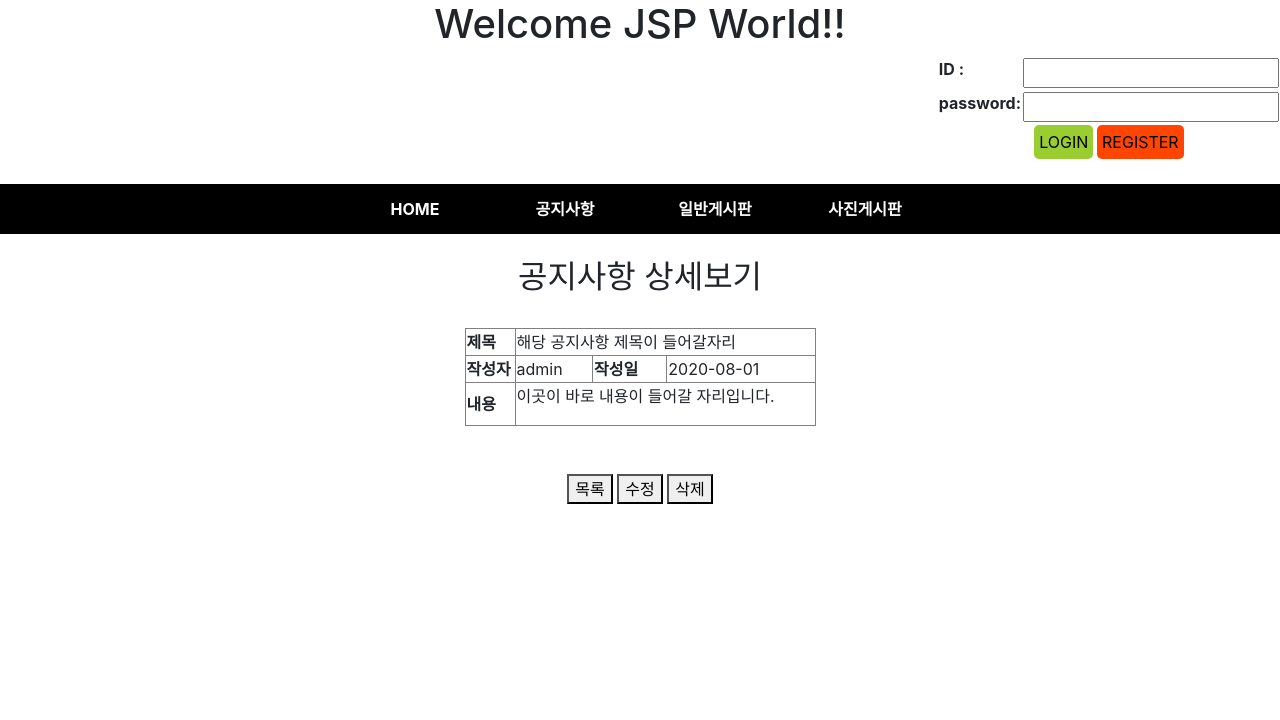
Repository: BrianH29/BH_webserver_workspace2
Page: http://localhost/jspProject/views/notice/noticeDetailView.jsp
These files come from the project's save history. The page is drawn as it stood at one moment and after the next save; the edit follows.
The browser window is 1280 px wide. The pictures show the whole page.
The page is served by Tomcat 9.

Above is the page before, as saved 2020-09-08 04:57:43.

After the next save:
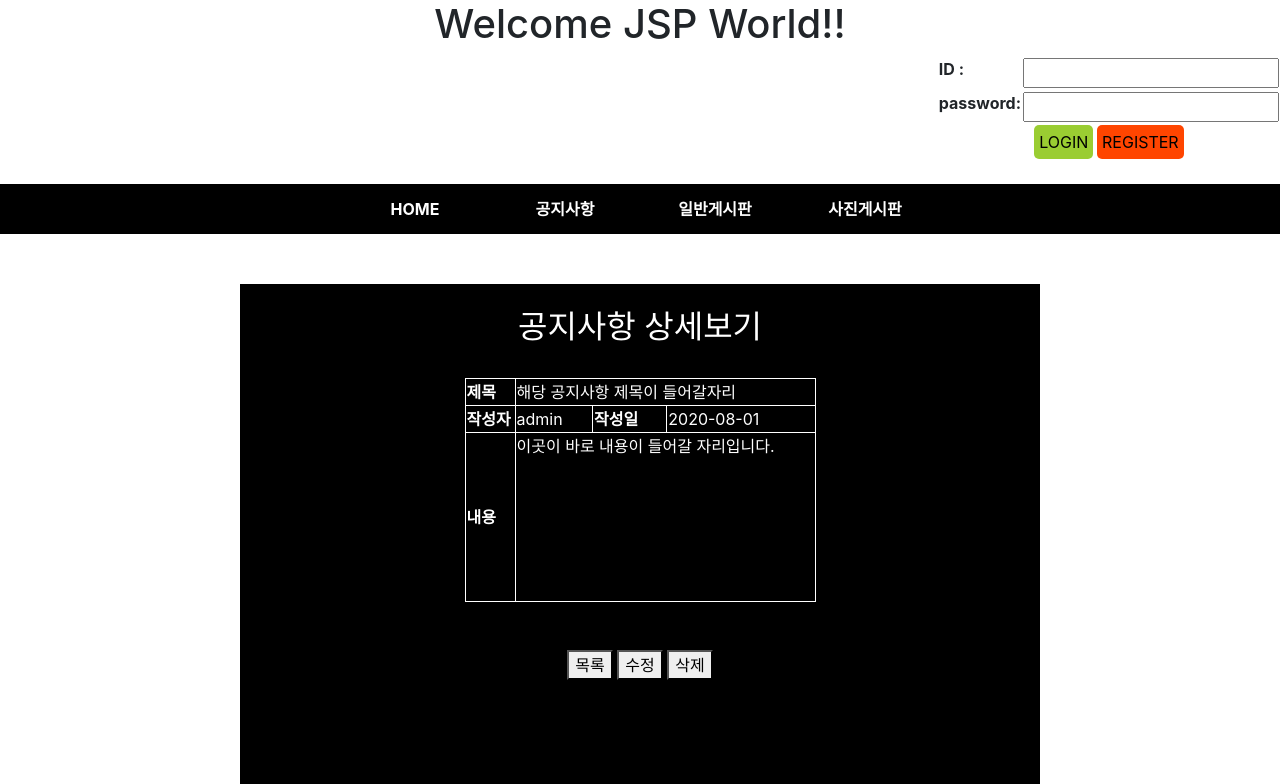
Saved 8 s later.
--- a/jspProject/WebContent/views/notice/noticeDetailView.jsp
+++ b/jspProject/WebContent/views/notice/noticeDetailView.jsp
@@ -5,6 +5,22 @@
 <head>
 <meta charset="UTF-8">
 <title>Insert title here</title>
+<style>
+        .outer{
+            background:black;
+            color:white;
+            margin:auto;
+            margin-top:50px;
+            width:800px;
+            height:500px;
+        }
+
+        #detailArea{
+            border:1px solid white;
+        }
+        #detailArea p{height:150px;}
+    </style>
+
 </head>
 <body>
 	<%@ include file="../common/menubar.jsp" %>
